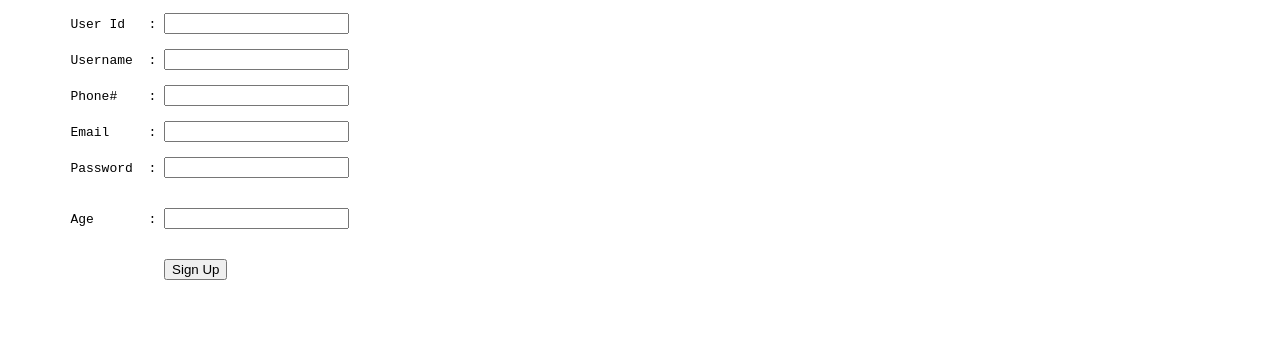
Repository: blackburn99/E-Learning-Project
Page: http://localhost/e-learning-project-frontend/registration.jsp
An editor plug-in stored every save of this project. The page is shown before and after the next save, followed by the edit.
The browser window is 1280 px wide. The pictures show the whole page.
The page is served by Tomcat 9.

Above is the page before, as saved 2021-08-18 05:04:26.

After the next save:
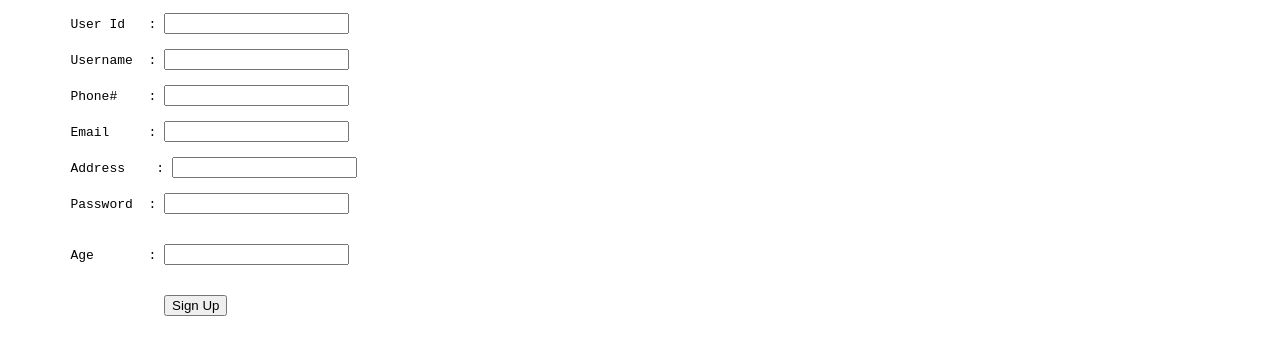
Saved 37 s later.
--- a/e-learning-project-frontend/src/main/webapp/registration.jsp
+++ b/e-learning-project-frontend/src/main/webapp/registration.jsp
@@ -13,6 +13,7 @@
         Username  : <input type="text" name="username" /><br>
         Phone#    : <input type="number" name="phone" /><br>
         Email     : <input type="email" name="email" /><br>
+        Address    : <input type="address" name="address" /><br>
         Password  : <input type="password" name="password" /><br>
 
         Age       : <input type="number" name="age" /><br>
